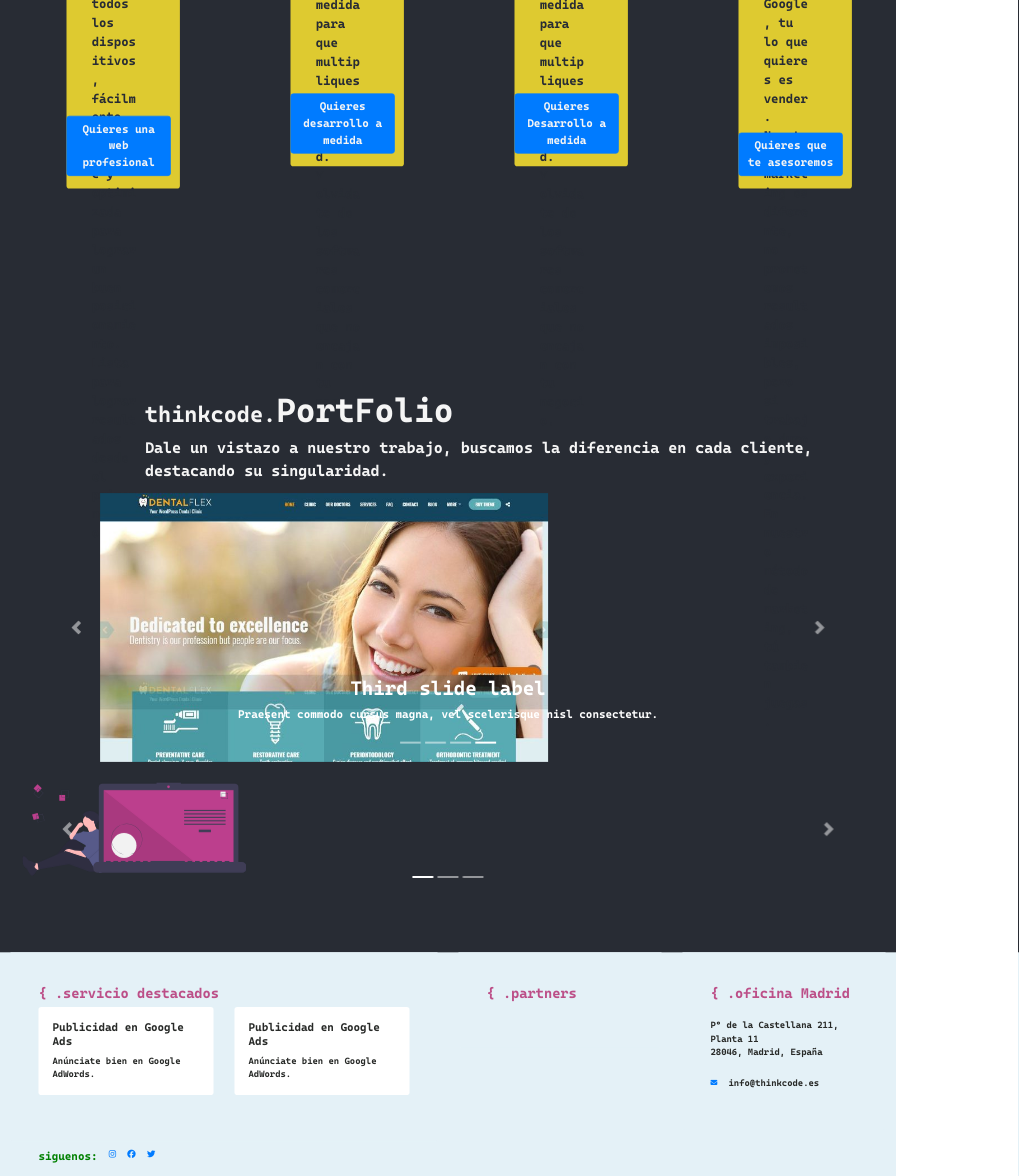
Repository: banchiec/thinkcode
Page: /
The author's editor kept a copy of each file at every save. The page is drawn from the files as they stood at one save, then again after a run of saves.
The browser window is 1280 px wide. The page is 1455 px wide, so the pictures cover 1455 px, including what lies to the right of the window. The pictures show the part of the page from y = 1679 to 3359 px (the page is 3359 px tall before and 3167 px after), at 70% of full size.
Some web libraries are served in a nearby version. The project was rebuilt for these pictures with package versions that can differ from the ones it lists, and the page was loaded fresh each time. Also part of the build but not shown: src/components/MenuItems.js, src/components/Dropdownthink.css, src/components/Dropdownthink.js, src/components/pages/Consulting.js, src/components/pages/ContactUs.js, src/components/pages/Marketing.js, src/components/pages/Products.js, src/components/pages/Services.js and 1 more. Imported but missing from the stored project, and not drawn on this page: src/components/sliderInfo/SliderInfo.

Above is the page before, as saved 2020-11-30 13:30:13.

### public/index.html
<!DOCTYPE html>
<html lang="en">
  <head>
    <meta charset="utf-8" />
    <link rel="icon" href="%PUBLIC_URL%/favicon.ico" />
    <meta name="viewport" content="width=device-width, initial-scale=1" />
    <meta name="theme-color" content="#000000" />
    <meta
      name="description"
      content="Web site created using create-react-app"
    />
    <link rel="apple-touch-icon" href="%PUBLIC_URL%/logo192.png" />

    <!-- fontawesome -->
    <script src="https://kit.fontawesome.com/e7a02c1b14.js" crossorigin="anonymous"></script>
    <!-- jquery -->
    <script src="https://code.jquery.com/jquery-2-2.0.min.js"></script>
    <!--
      manifest.json provides metadata used when your web app is installed on a
      user's mobile device or desktop. See https://developers.google.com/web/fundamentals/web-app-manifest/
    -->
    <link rel="manifest" href="%PUBLIC_URL%/manifest.json" />
    <!--
      Notice the use of %PUBLIC_URL% in the tags above.
      It will be replaced with the URL of the `public` folder during the build.
      Only files inside the `public` folder can be referenced from the HTML.

      Unlike "/favicon.ico" or "favicon.ico", "%PUBLIC_URL%/favicon.ico" will
      work correctly both with client-side routing and a non-root public URL.
      Learn how to configure a non-root public URL by running `npm run build`.
    -->
    <title>React App</title>
  </head>
  <body>
    <noscript>You need to enable JavaScript to run this app.</noscript>
    <div id="root"></div>
    <!--
      This HTML file is a template.
      If you open it directly in the browser, you will see an empty page.

      You can add webfonts, meta tags, or analytics to this file.
      The build step will place the bundled scripts into the <body> tag.

      To begin the development, run `npm start` or `yarn start`.
      To create a production bundle, use `npm run build` or `yarn build`.
    -->


  </body>
</html>

### src/index.css
body {
  margin: 0;
  font-family: -apple-system, BlinkMacSystemFont, 'Segoe UI', 'Roboto', 'Oxygen',
    'Ubuntu', 'Cantarell', 'Fira Sans', 'Droid Sans', 'Helvetica Neue',
    sans-serif;
  -webkit-font-smoothing: antialiased;
  -moz-osx-font-smoothing: grayscale;
}

code {
  font-family: source-code-pro, Menlo, Monaco, Consolas, 'Courier New',
    monospace;
}
@font-face{
  font-family: 'CascadiaCode-Bold';
  src: local('CascadiaCode-Bold'), url(./fonts/CascadiaCode-Bold.ttf)
}

### src/App.js
import './App.css';
// import logo_thinkcode from './logo_thinkcode.png'
import React, {} from 'react'
import 'animate.css'
import Navbarthink from './components/Navbarthink'
import InfoSection from './components/infoSection/InfoSection'
import Pricing from './components/pricing/Pricing'
import Footer from './components/footer/Footer'
import Slide from './components/slide/Slide'
import {BrowserRouter as Router, Switch, Route} from 'react-router-dom'

// import Button  from 'react-bootstrap/Button'
// import 'bootstrap/dist/css/bootstrap.min.css'

// import {Navbar,Button, Nav , NavLink} from 'react-bootstrap'

import Consulting from './components/pages/Consulting'
import ContactUs from './components/pages/ContactUs'
import Home from './components/pages/Home'
import Marketing from './components/pages/Marketing'
import Products from './components/pages/Products'
import Services from './components/pages/Services'
import SignUp from './components/pages/SignUp'
// import InfoSection from './components/infoSection/InfoSection';

function App() {

  // const [click, setClick] = useState(false)
  // const [dropdown, setDropdown] = useState(false)




  return (
    <div className="App">
      <Router>
        <Navbarthink/>
        <Switch>
          <Route path='/consulting' exact component ={Consulting}></Route>
          <Route path='/contact-us' exact component ={ContactUs}></Route>
          <Route path='/' exact component ={Home}></Route>
          <Route path='/marketing' exact component ={Marketing}></Route>
          <Route path='/products' exact component ={Products}></Route>
          <Route path='/services' exact component ={Services}></Route>
          <Route path='/sign-up' exact component ={SignUp}></Route>
        </Switch>
        <InfoSection></InfoSection>
        <Pricing></Pricing>
        <Slide/>
        <Footer/>
      </Router>

    </div>
  );
}

export default App;

### src/App.css
*{
  box-sizing: border-box;
  margin: 0;
  padding: 0;
  font-family: CascadiaCode-Bold;
  /* background: #282c34 ; */
  /* background: linear-gradient(90deg, rgb(76, 80, 88) 100%, rgb(8, 8, 9) 0%); */
}

.App {
  text-align: center;
  background: #282c34 ;
}

.App-logo {
  height: 40vmin;
  pointer-events: none;
}

.home, .services, .products,.contact-us,.sign-up, .marketing, .consulting{
  display: flex;
  height: 90vh;
  align-items: center;
  justify-content: center;
  font-size: 3rem;
}





@media (prefers-reduced-motion: no-preference) {
  .App-logo {
    animation: App-logo-spin infinite 20s linear;
  }
}

.App-header {
  background-color: #282c34;
  min-height: 100vh;
  display: flex;
  flex-direction: column;
  align-items: center;
  justify-content: center;
  font-size: calc(10px + 2vmin);
  color: white;
}

.App-link {
  color: #61dafb;
}

@keyframes App-logo-spin {
  from {
    transform: rotate(0deg);
  }
  to {
    transform: rotate(360deg);
  }
}

### src/components/slide/Slide.js
import React, {useEffect } from 'react'
import './Slide.css'
import {Carousel, Row, Container, Col} from 'react-bootstrap'
import WOW from 'wowjs'

import imagen_code_thinking from '../../images/image_code_thinking.svg'
import proyecto1 from '../../images/proyecto1.png'
import proyecto2 from '../../images/proyecto2.jpg'
import proyecto3 from '../../images/proyecto3.jpg'
import proyecto4 from '../../images/proyecto4.jpg'

export default function Slide() {

    useEffect( ()=>{

        new WOW.WOW({
            live: false
        }).init();
    })

    return (
        <div>
            <Container fluid className="container-slider">
                <Row>
                    <Col>
                        <div className="content-text-infoSection">
                            <h2 >thinkcode.<span className=" wow text-title-infoSection animate__animated animate__fadeInLeft animate__delay-1s">PortFolio</span></h2>
                            <p className="text-infoSection">Dale un vistazo a nuestro trabajo, buscamos la diferencia en cada cliente,
                             destacando su singularidad.</p>
                        </div>
                    </Col>
                    <Col className="contanier-carousel-slider">

                        <Carousel>
                                <Carousel.Item interval={1500}>
                                    <img
                                    className="d-block"
                                    src={proyecto4}
                                    alt="First slide"
                                    />
                                    <Carousel.Caption>
                                    <h3>First slide label</h3>
                                    <p>Nulla vitae elit libero, a pharetra augue mollis interdum.</p>
                                    </Carousel.Caption>
                                </Carousel.Item>
                                <Carousel.Item interval={1000}>
                                    <img
                                    className="d-block"
                                    src={proyecto2}
                                    alt="Third slide"
                                    />
                                    <Carousel.Caption>
                                    <h3>Second slide label</h3>
                                    <p>Lorem ipsum dolor sit amet, consectetur adipiscing elit.</p>
                                    </Carousel.Caption>
                                </Carousel.Item>
                                <Carousel.Item interval={500}>
                                    <img
                                    className="d-block"
                                    src={proyecto1}
                                    alt="Third slide"
                                    />
                                    <Carousel.Caption>
                                    <h3>Third slide label</h3>
                                    <p>Praesent commodo cursus magna, vel scelerisque nisl consectetur.</p>
                                    </Carousel.Caption>
                                </Carousel.Item>
                                <Carousel.Item >
                                    <img
                                    className="d-block"
                                    src={proyecto3}
                                    alt="Third slide"
                                    />
                                    <Carousel.Caption>
                                    <h3>Third slide label</h3>
                                    <p>Praesent commodo cursus magna, vel scelerisque nisl consectetur.</p>
                                    </Carousel.Caption>
                                </Carousel.Item>
                            </Carousel>
                    </Col>
                </Row>
                <Row className="container-secundary-slider">
                            <Carousel   defaultActiveIndex={3} className="carousel-large" keyboad={false}  touch={false} slide={4} wrap={true} indicator={false}>
                                <Carousel.Item interval={1000}>
                                    <img
                                    className="d-block"
                                    src={imagen_code_thinking}
                                    alt="First slide"
                                    />
                                    <Carousel.Caption>
                                    {/* <h3>First slide label</h3>
                                    <p>Nulla vitae elit libero, a pharetra augue mollis interdum.</p> */}
                                    </Carousel.Caption>
                                </Carousel.Item>
                                <Carousel.Item interval={500}>
                                    <img
                                    className="d-block"
                                    src={proyecto2}
                                    alt="Third slide"
                                    />
                                    <Carousel.Caption>
                                    {/* <h3>Second slide label</h3>
                                    <p>Lorem ipsum dolor sit amet, consectetur adipiscing elit.</p> */}
                                    </Carousel.Caption>
                                </Carousel.Item>
                                <Carousel.Item>
                                    <img
                                    className="d-block"
                                    src={proyecto1}
                                    alt="Third slide"
                                    />
                                    <Carousel.Caption>
                                    {/* <h3>Third slide label</h3> */}
                                    {/* <p>Praesent commodo cursus magna, vel scelerisque nisl consectetur.</p> */}
                                    </Carousel.Caption>
                                </Carousel.Item>
                            </Carousel>
                </Row>
            </Container>
        </div>
    )
}

### src/components/pages/Home.js
import React,{useEffect} from 'react'
import '../sliderInfo/SliderInfo'

export default function Home() {

    useEffect(()=>{
    })
    return (
        <div>
            {/* <InfoSection></InfoSection> */}
            {/* <Pricing></Pricing> */}
            {/* <Slide/> */}
            {/* <Footer/> */}

           {/* <h1 className='consulting' >Thinkcode</h1> */}
        </div>
    )
}

### src/components/Buttonthink.js
import React  from 'react'
import './Buttonthink.css'
import {Link} from 'react-router-dom'

export function Buttonthink() {
        return (
            <Link to ='sing-up'>
               <button className='btnthink'>Sign think </button>
            </Link>
        )
}

### src/components/Navbarthink.css
.navbarthink{
  /* background: linear-gradient(9deg, rgb(66, 80, 88) 0%, rgb(8, 8, 9) 100%); */
  background: #282c34;

  height: 80px;
  display: flex;
  justify-content: center;
  align-items: center;
  font-size: 1.2rem;
}

.navbar-logo {
  color: #fff;
  justify-self: start;
  margin-left: 40px;
  cursor: pointer;
  text-decoration: none;
}

.fa-firstdraft {
  margin-left: 0.5rem;
  font-size: 1.6rem;
}

.nav-menu {
  display: grid;
  grid-template-columns: repeat(5, auto);
  grid-gap: 10px;
  list-style: none;
  text-align: center;
  width: 70vw;
  justify-content: end;
  margin-right: 2rem;
}

.nav-item {
  display: flex;
  align-items: center;
  height: 80px;
}

.nav-links {
  color: white;
  text-decoration: none;
  padding: 0.5rem 1rem;
}

.nav-links:hover {
  background-color: #1888ff;
  border-radius: 4px;
  transition: all 0.2s ease-out;
}

.fa-bars {
  color: #fff;
}

.nav-links-mobile {
  display: none;
}

.menu-icon {
  display: none;
}

@media screen and (max-width: 960px) {
  /* .text-propuesta {
    margin-top: 12rem;
  } */

  .fa-caret-down {
    display: none;
  }
  .NavbarItems {
    position: relative;
  }

  .nav-menu {
    display: flex;
    flex-direction: column;
    width: 100%;
    height: 90vh;
    position: absolute;
    top: 80px;
    left: -100%;
    opacity: 1;
    transition: all 0.9s ease;
  }

  .nav-menu.active {
    background: #2a2c30;
    left: 0;
    opacity: 1;
    transition: all 0.5s ease;
    z-index: 1;
  }

  .nav-links {
    text-align: center;
    padding: 2rem;
    width: 100%;
    display: table;
  }

  .nav-links:hover {
    background-color: #1888ff;
    border-radius: 0;
  }

  .navbar-logo {
    position: absolute;
    top: 0;
    left: 0;
    transform: translate(25%, 50%);
  }

  .menu-icon {
    display: block;
    position: absolute;
    top: 0;
    right: 0;
    transform: translate(-100%, 60%);
    font-size: 1.8rem;
    cursor: pointer;
  }

  .fa-times {
    color: #fff;
    font-size: 2rem;
  }

  .nav-links-mobile {
    display: block;
    text-align: center;
    padding: 1.5rem;
    margin: 2rem auto;
    border-radius: 4px;
    width: 80%;
    background: #1888ff;
    text-decoration: none;
    color: #fff;
    font-size: 1.5rem;
  }

  .nav-links-mobile:hover {
    background: #fff;
    color: #1888ff;
    transition: 250ms;
  }

  button {
    display: none;
  }
}

### src/components/infoSection/infoSection.css
.content-infoSection {
    /* padding: 0; */
    margin-top: 150px;
    background: #282c34 ;
    height: 700px;
    /* border: 1px solid rebeccapurple; */
}
.content-text-infoSection {
    margin-left: 12rem;
    margin-top: 8rem;
    text-align: start;
    /* border: 0; */
    /* padding: 0; */
    /* border: 1px solid whitesmoke; */
    color: whitesmoke;
}
.imagensvg-infoSection {
    padding: 0;
    /* border-right: 5px; */
    width: 800px;

}
.text-title-infoSection{
    font-size: 3rem;
    /* size: 12px; */
}
.text-infoSection {
    font-size: 22px;
}
@media screen and (max-width: 960px) {
    .content-infoSection {
        margin-top: 0px;
    }
    .text-infoSection{
        margin-top: 3rem;
        margin-left: 1rem;
        margin-right: 1rem;
    }
    .imagensvg-infoSection{
        margin-top: 5rem;
        width: 500px;
    }
    .content-text-infoSection {
        margin-left: 1rem;
    }
    .text-propuesta {
        margin-top: 15rem;
    }

}

### src/components/pricing/Pricing.css
.container-pricing {
    /* background-color: whitesmoke; */
    /* border: 1px solid white; */
    /* height:  800px; */
    background: linear-gradient(90deg, rgb(76, 80, 88) 100%, rgb(66, 66 66) 0%);
    /* z-index: -1; */
}
.container-card{
    padding-top: 4rem;
    align-content: center;
    padding: auto;
    text-align: start;
    /* height: 600px; */
    /* background-color: violet; */
    /* color: transparent; */
}
.card-pricing {
    /* width: 34rem; */
    margin-left: 5rem;
    background: #deca30;
    /* background: #3b4454; */
    /* background: linear-gradient(90deg, rgb(224, 242, 241) 0%, rgb(255, 255, 255) 100%); */
    margin-right: 3rem;
    height: 52rem;
}
.card-left {
    margin-top: 4rem;
}
.card-right {
    margin-top: 4rem;
}
.card-button {
    /* margin-top: 3rem; */
    /* margin-left: 13rem; */
    position: absolute;
    right: 13px;
    bottom: 18px;
    color: whitesmoke;
}
.text-card {
    padding-top: 1.5rem;
    padding-left: 1rem;
    padding-right: 2.5rem;
    color: #282c34;
    font-size: 18px;
}
.image-pricing {
    height: 15rem;
    width: 80%;
    align-self: center;
}
.title-card {
    /* padding-top: 0.2rem; */
    padding-left: 1rem;
    color: #282c34;
    font-size: 28px;
}
.text-propuesta {
    margin: 0 0.5rem;
    animation: bounce;
    animation-duration: 2s;
    color: whitesmoke;
    font-size: 3rem;
}

@media screen and (max-width: 960px){
    .text-propuesta{
        margin-top: 12rem;
    }
}

### src/components/footer/Footer.css
.container-footer {
    border: 0;
    /* padding: 0; */
    /* border: 1px solid green; */
    height: auto;
    background: #e4f1f7;
}
.card{
    /* padding-bottom: 22px; */
    border: 0;
    /* background: white; */
    text-align: left;
    font-size: small;
    width: auto;
    /* background: #deca30; */
}
.card-footer {
    padding-top: 10px;
    padding-bottom: 22px;
    border: 0;
    color: #282a28;
    background: #e4f1f7;
}
.text-card-footer  {
    padding: 0;
    margin-top: 1.5rem;
    font-size: small;
    text-align: start;
}
.title-footer{
    text-align: left;
    font-size: medium;
}
.title-card-footer {
    margin-top: 1rem;
    text-align: left;
    color: #bc4f88;
}
.pin-ic{
    margin-top: 12px;
    margin: 8px;
    position:center;
}

.pin-ic-enveloped{
    margin-top: 12px;
    /* margin: 8px; */
    margin-right: 1rem;
    position:center;
}
.iconos-redes-sociales{
    position: relative;
    margin-left: 2.5rem;
}
.text-siguenos{
    margin-top: 10px;
    margin-right: 8px;
    color: green;

}

### src/components/slide/Slide.css
.container-slider {
    margin-top: 10rem;
    border-top: 5rem;
    margin-bottom: 5rem;
}
.d-block {
    margin-left: 8rem;
    width: 40rem;
    height: 24rem;
    /* border:1px solid green; */
}

.container-secundary-slider .d-block {
    width: 20rem;
    height: 12rem;
    margin-left: 2rem;


}
.carousel-large {
    width: 100%;
}
@media screen and (max-width: 960px) {
    .d-block {
        margin-left: auto;
    }

}

### src/components/Buttonthink.css
:root{
    --primary: #1888ff;
}
.btnthink{
    padding: 8px 20px;
    border-radius: 4px;
    outline: none;
    border: none;
    font-size: 18px;
    color: #fff;
    cursor: pointer;
    background-color: var(--primary);
}
.btnthink:hover {
    padding: 6px 18px;
    transition: all 1.5s ease-out;
    background-color: transparent;
    color: #2a2a2a;
    border-radius: 4px;
    border: 2px solid var(--primary)
}

Loaded but not shown: src/index.js (common file); src/components/footer/Footer.js (99 lines, source omitted); src/components/pricing/Pricing.js (84 lines, source omitted); src/components/infoSection/InfoSection.js (63 lines, source omitted); src/components/Navbarthink.js (82 lines, source omitted)

After the next 2 saves:
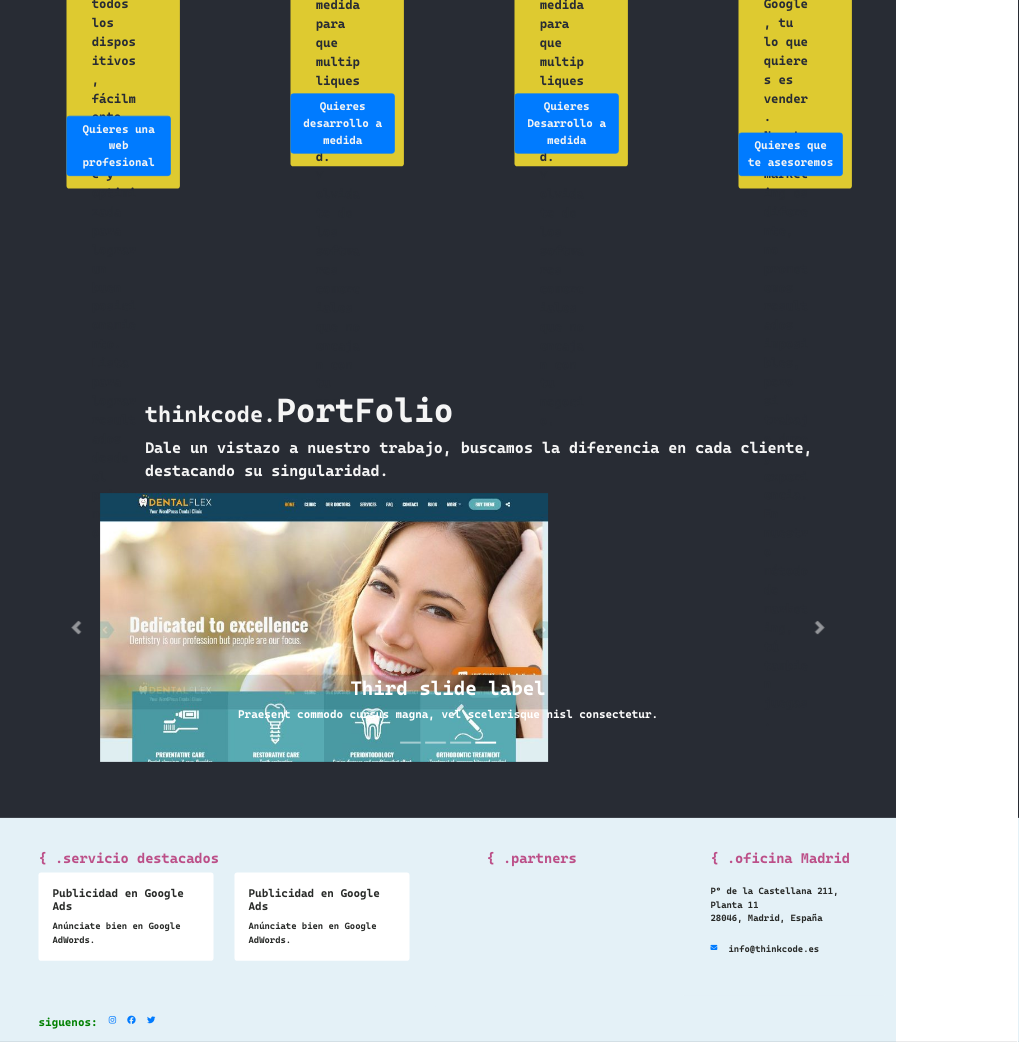
The 2 saves are shown as one change because they came seconds apart.
The last was saved 4 min 13 s later.
--- a/src/components/slide/Slide.js
+++ b/src/components/slide/Slide.js
@@ -79,43 +79,6 @@ export default function Slide() {
                             </Carousel>
                     </Col>
                 </Row>
-                <Row className="container-secundary-slider">
-                            <Carousel   defaultActiveIndex={3} className="carousel-large" keyboad={false}  touch={false} slide={4} wrap={true} indicator={false}>
-                                <Carousel.Item interval={1000}>
-                                    <img
-                                    className="d-block"
-                                    src={imagen_code_thinking}
-                                    alt="First slide"
-                                    />
-                                    <Carousel.Caption>
-                                    {/* <h3>First slide label</h3>
-                                    <p>Nulla vitae elit libero, a pharetra augue mollis interdum.</p> */}
-                                    </Carousel.Caption>
-                                </Carousel.Item>
-                                <Carousel.Item interval={500}>
-                                    <img
-                                    className="d-block"
-                                    src={proyecto2}
-                                    alt="Third slide"
-                                    />
-                                    <Carousel.Caption>
-                                    {/* <h3>Second slide label</h3>
-                                    <p>Lorem ipsum dolor sit amet, consectetur adipiscing elit.</p> */}
-                                    </Carousel.Caption>
-                                </Carousel.Item>
-                                <Carousel.Item>
-                                    <img
-                                    className="d-block"
-                                    src={proyecto1}
-                                    alt="Third slide"
-                                    />
-                                    <Carousel.Caption>
-                                    {/* <h3>Third slide label</h3> */}
-                                    {/* <p>Praesent commodo cursus magna, vel scelerisque nisl consectetur.</p> */}
-                                    </Carousel.Caption>
-                                </Carousel.Item>
-                            </Carousel>
-                </Row>
             </Container>
         </div>
     )
